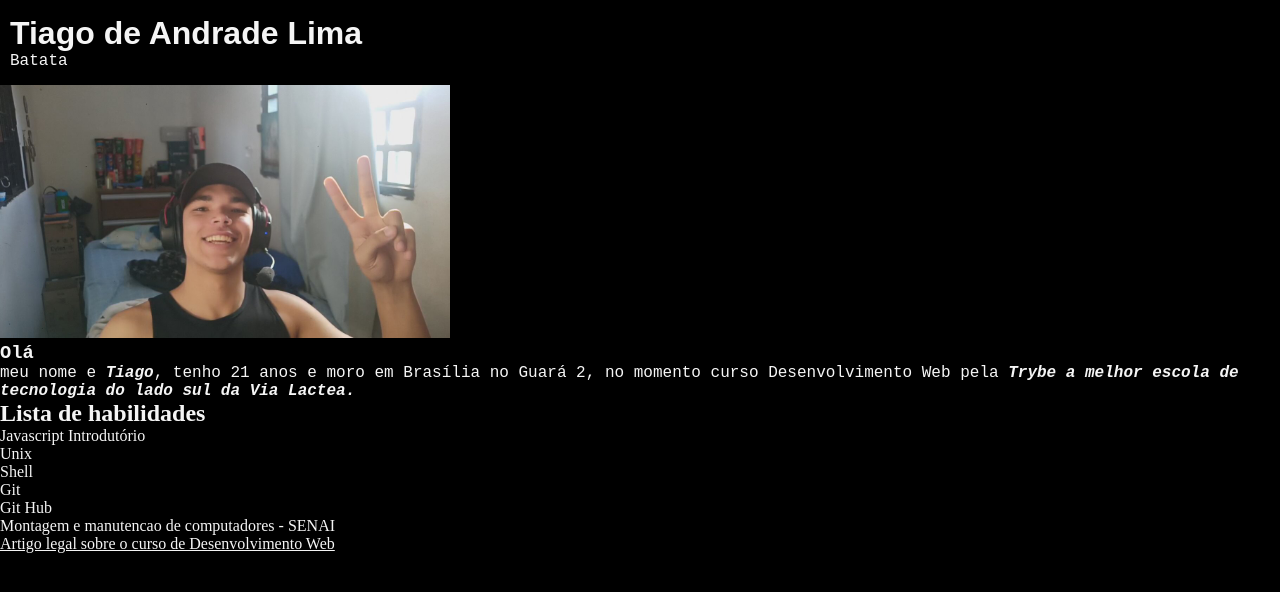
Repository: Batatiago/Batatiago.github.io
Page: index.html
These files come from the project's save history. The page is drawn as it stood at one moment and after the next save; the edit follows.
The browser window is 1280 px wide. The pictures show the whole page.

Above is the page before, as saved 2023-06-29 08:55:40.

After the next save:
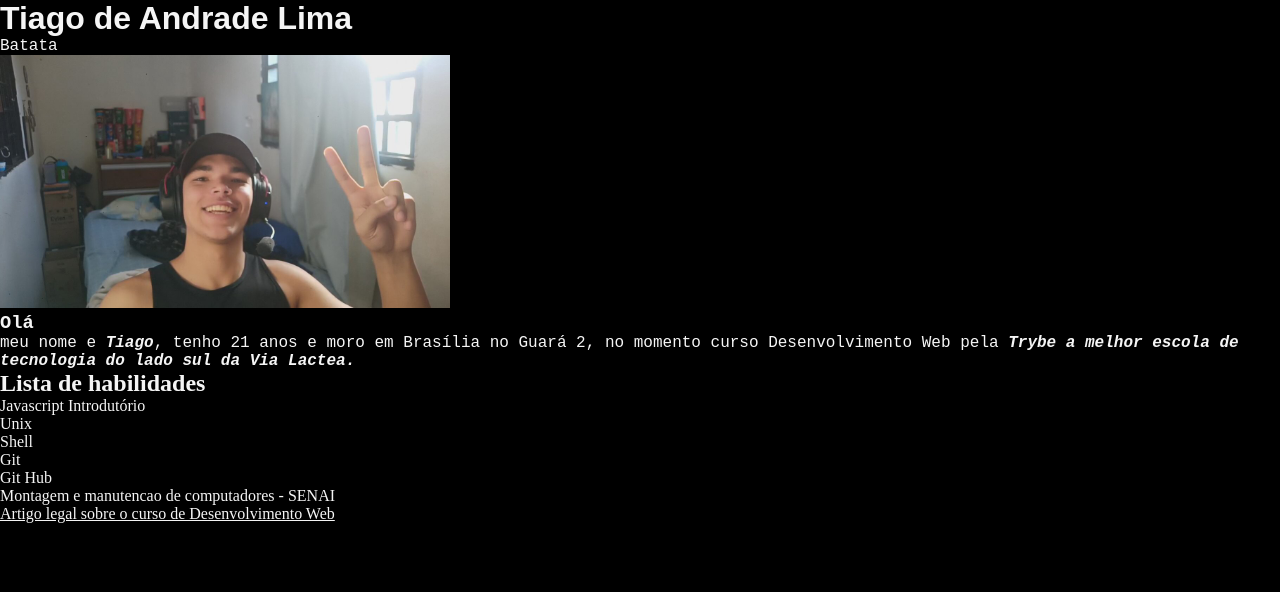
Saved 49 min 41 s later.
--- a/index.html
+++ b/index.html
@@ -8,7 +8,7 @@
 </head>
 
 <body>
-  <div class="titulo">
+  <div class="header">
     <h1 class="meuNome"> Tiago de Andrade Lima</h1>
     <p>Batata</p>
   </div>
@@ -19,15 +19,17 @@
       momento curso Desenvolvimento
       Web pela <strong><em>Trybe a melhor escola de tecnologia do lado sul da Via Lactea.</em></strong></p>
   </div>
-  <h2>Lista de habilidades</h2>
-  <ul>
-    <li class="javascript">Javascript Introdutório</li>
-    <li class="unix">Unix</li>
-    <li class="shell">Shell</li>
-    <li class="git">Git</li>
-    <li class="gitHub">Git Hub</li>
-    <li>Montagem e manutencao de computadores - SENAI</li>
-  </ul>
+  <div>
+    <h2>Lista de habilidades</h2>
+    <ul>
+      <li class="javascript">Javascript Introdutório</li>
+      <li class="unix">Unix</li>
+      <li class="shell">Shell</li>
+      <li class="git">Git</li>
+      <li class="gitHub">Git Hub</li>
+      <li>Montagem e manutencao de computadores - SENAI</li>
+    </ul>
+  </div>
   <a href="https://blog.betrybe.com/carreira/frontend/" target="_blank">Artigo legal sobre o curso de Desenvolvimento
     Web</a>
 </body>
